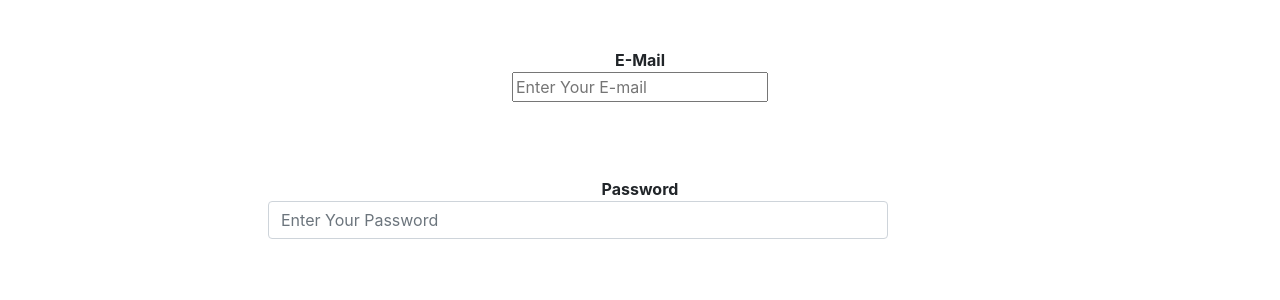
Repository: mariamkhaledsapra/E-Commerce-main
Page: /login
The author's editor kept a copy of each file at every save. The page is drawn from the files as they stood at one save, then again after the next save.
The browser window is 1280 px wide. The pictures show the whole page.
The project was rebuilt for these pictures with package versions that can differ from the ones it lists, and the page was loaded fresh each time. Also part of the build but not shown: src/components/Navbar.jsx.

Above is the page before, as saved 2024-02-13 21:37:17.

### public/index.html
<!DOCTYPE html>
<html lang="en">
  <head>
    <meta charset="utf-8" />
    <link rel="icon" href="%PUBLIC_URL%/favicon.ico" />
    <meta name="viewport" content="width=device-width, initial-scale=1" />
    <meta name="theme-color" content="#000000" />
    <meta
      name="description"
      content="Web site created using create-react-app"
    />
    <link href="https://cdn.jsdelivr.net/npm/bootstrap@5.1.3/dist/css/bootstrap.min.css" rel="stylesheet" integrity="sha384-1BmE4kWBq78iYhFldvKuhfTAU6auU8tT94WrHftjDbrCEXSU1oBoqyl2QvZ6jIW3" crossorigin="anonymous">

    <title>React App</title>
  </head>
  <body>
    <div id="root"></div>
  </body>
</html>

### src/index.js
import React from "react";
import ReactDOM from "react-dom/client";
import "./index.css";
import App from "./App";
import reportWebVitals from "./reportWebVitals";
import { createBrowserRouter, RouterProvider } from "react-router-dom";
import Login from "./components/Login";
import Navbar from "./components/Navbar";

const Routes = createBrowserRouter([
  {
    path: "/",
    element: <App />,
    children: [
      {
        index:true,
        element: <Navbar />,
      },
      {
        path: "/login",
        element: <Login />,
      },
    ],
  },
]);

const root = ReactDOM.createRoot(document.getElementById("root"));
root.render(
  <RouterProvider router={Routes}>
    <App />
  </RouterProvider>
);

reportWebVitals();

### src/App.js
import logo from './logo.svg';
import './App.css';
import Navbar from './components/Navbar';
import { Outlet } from 'react-router-dom';

function App() {
  return (
    <div className="App">
      <Outlet/>
    </div>
  );
}

export default App;

### src/components/Login.jsx
import React from "react";

const Login = () => {
  return (
    <div className="container d-flex justify-content-center flex-wrap mt-5" style={{height:"250px"}}>
      {" "}


      <div className="mb-3  col-8">
        <label

          className="col-sm-2 fw-bolder"
        >
          E-Mail
        </label>
        <div className="">
          <input type="email" placeholder="Enter Your E-mail"/>
        </div>
      </div>
      <div className="  col-8">
        <label

          className="col-sm-2  fw-bolder"
        >
          Password
        </label>
        <div className="col-sm-10">
          <input type="password" className="form-control" id="inputPassword" placeholder="Enter Your Password"/>
        </div>
      </div>
    </div>
  );
};

export default Login;

Loaded but not shown: src/index.css (common file); src/reportWebVitals.js (common file); src/App.css (common file)

After the next save:
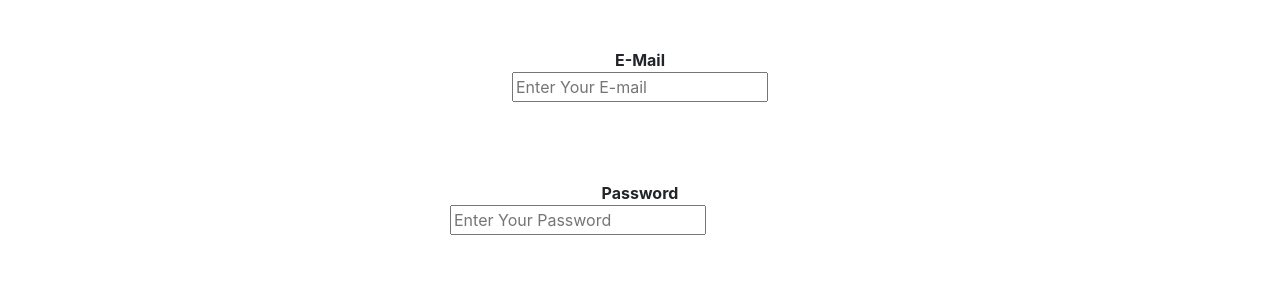
Saved 8 s later.
--- a/src/components/Login.jsx
+++ b/src/components/Login.jsx
@@ -25,7 +25,7 @@ const Login = () => {
           Password
         </label>
         <div className="col-sm-10">
-          <input type="password" className="form-control" id="inputPassword" placeholder="Enter Your Password"/>
+          <input type="password"  placeholder="Enter Your Password"/>
         </div>
       </div>
     </div>
